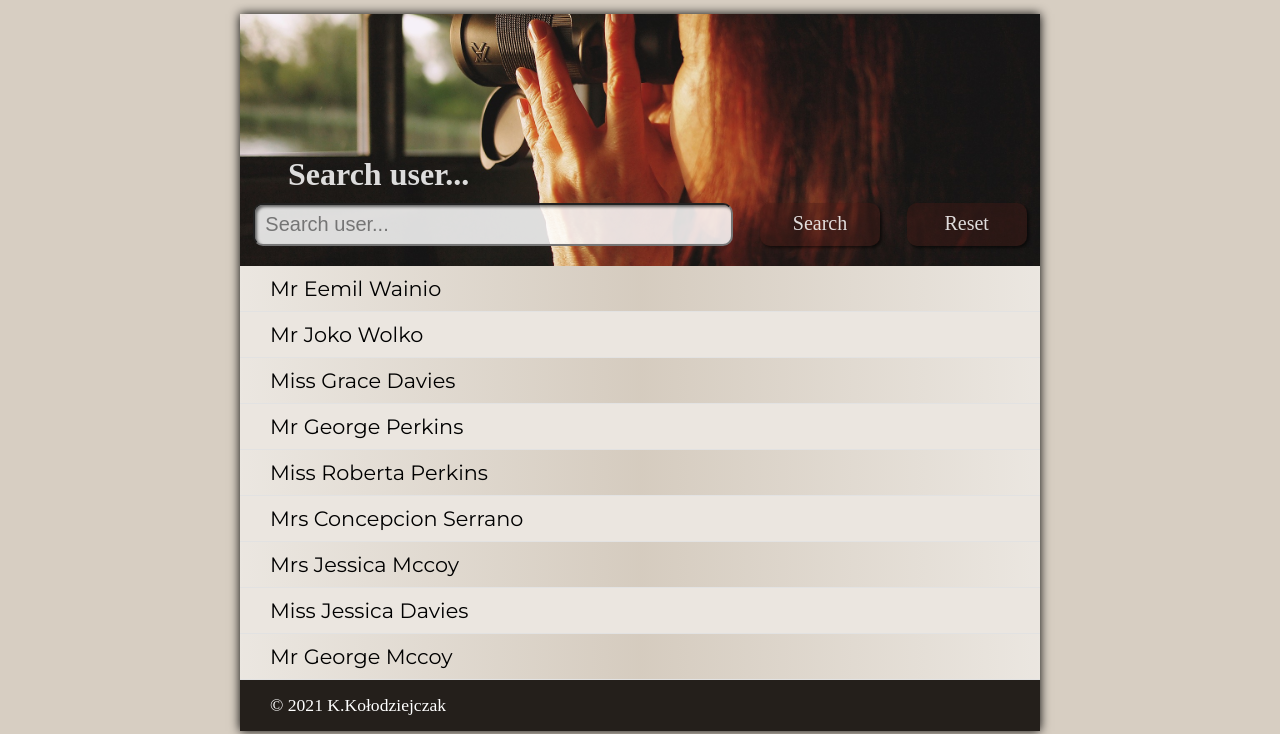
Repository: KrzysKolo/sr_tydzien5_zad4
Page: /
The author's editor kept a copy of each file at every save. The page is drawn from the files as they stood at one save, then again after the next save.
The browser window is 1280 px wide. The pictures show the whole page.
Some web fonts or font styles are not loaded; a fallback is used. The project was rebuilt for these pictures with package versions that can differ from the ones it lists, and the page was loaded fresh each time.

Above is the page before, as saved 2021-01-07 04:14:28.

### public/index.html
<!DOCTYPE html>
<html lang="en">
  <head>
    <meta charset="utf-8" />
    <link rel="icon" href="%PUBLIC_URL%/favicon.ico" />
    <meta name="viewport" content="width=device-width, initial-scale=1" />
    <meta name="theme-color" content="#000000" />
    <meta
      name="description"
      content="Web site created using create-react-app"
    />
    <link rel="apple-touch-icon" href="%PUBLIC_URL%/logo192.png" />
    <!--
      manifest.json provides metadata used when your web app is installed on a
      user's mobile device or desktop. See https://developers.google.com/web/fundamentals/web-app-manifest/
    -->
    <link rel="manifest" href="%PUBLIC_URL%/manifest.json" />
    <!--
      Notice the use of %PUBLIC_URL% in the tags above.
      It will be replaced with the URL of the `public` folder during the build.
      Only files inside the `public` folder can be referenced from the HTML.

      Unlike "/favicon.ico" or "favicon.ico", "%PUBLIC_URL%/favicon.ico" will
      work correctly both with client-side routing and a non-root public URL.
      Learn how to configure a non-root public URL by running `npm run build`.
    -->
    <link rel="preconnect" href="https://fonts.gstatic.com">
<link href="https://fonts.googleapis.com/css2?family=Finger+Paint&family=Montserrat&family=Over+the+Rainbow&family=Peralta&display=swap" rel="stylesheet">
    <title>User search</title>
  </head>
  <body>
    <noscript>You need to enable JavaScript to run this app.</noscript>
    <div id="root"></div>
    <!--
      This HTML file is a template.
      If you open it directly in the browser, you will see an empty page.

      You can add webfonts, meta tags, or analytics to this file.
      The build step will place the bundled scripts into the <body> tag.

      To begin the development, run `npm start` or `yarn start`.
      To create a production bundle, use `npm run build` or `yarn build`.
    -->
  </body>
</html>

### src/App.js
import React from 'react';
import UsersContainer from './components/UsersContainer';
import UserContextProvider from './contexts/UserContext';
import './App.css';


const App = () => {

  return (
    <UserContextProvider>
      <UsersContainer/>
    </UserContextProvider>
  )
}

export default App;

### src/components/UsersContainer.js
import React, { useContext } from 'react';
import { UserContext } from './../contexts/UserContext';
import UserList from './userComponents/UserList';
import { Header, Error, Footer } from './userContainerComponents/';

const UsersContainer = () => {
  const { isErr } = useContext(UserContext);
  return (
    <section>
      <Header />
      { isErr && <Error props={isErr}/>}
      <UserList />
      <Footer />
    </section>
  )
}

export default UsersContainer;

### src/contexts/UserContext.js
import React, { createContext, useState, useEffect } from 'react';

export const UserContext = createContext();

const UserContextProvider = (props) => {

  const UsersAPI = '/users.json';
	const [users, setUsers ] = useState([]);
	const [isLoading, setIsLoading] = useState(true);
	const [isErr, setIsErr] = useState(false);

	useEffect(() => {
    getUsers();
  }, []);

  const getUsers = () => {
    let timer = setTimeout(() => {
      fetch(UsersAPI)
      .then(res => {
        if (res.ok) {
        return res;
        }
        throw Error(res.status);
        })
      .then(res => res.json())
      .then(data => {
        console.log(data.users);
        setUsers(data.users);
        setIsLoading(false);
        clearTimeout(timer);
      })
      .catch(error => setIsErr(`The problem is with: ${error}`));
    }, 500);
	};
	return (
		<UserContext.Provider value= {{users, isLoading, setIsErr, isErr}} >
			{ props.children }
		</UserContext.Provider>
	)

}
export default UserContextProvider;

### src/App.css
* {
  box-sizing: border-box;
  padding: 0;
  margin: 0;
}
body {
  height: 100vh;
  width: 100vw;
  background-color: rgba(206, 194, 179, 0.8);
}
section {
  margin: 2vh auto;
  width: 70%;
  max-width: 800px;
  display: flex;
  flex-direction: column;
  box-shadow: 0 0 10px #000;
}
.header__section {
  height: 35vh;
  background-image: url("./images/girl.jpg");
  background-position: center;
  background-size: cover;
  display: flex;
  flex-direction: column;
  justify-content: flex-end;
}
.header__title {
  font-size: 2rem;
  font-family: "Peralta", cursive;
  margin: 0 auto 10px 3rem;
  color: rgba(255, 255, 255, 0.85);
}
.header__search-wrapper {
  width: 100%;
  margin-bottom: 20px;
  display: flex;
  justify-content: space-around;
}
.header__search {
  padding: 8px 10px;
  width: 60%;
  border-radius: 10px;
  background-color: rgba(255, 255, 255, 0.85);
  box-shadow: inset 2px 2px 3px 0px rgba(0, 0, 0, 0.55);
  font-size: 20px;
}
.header__search-btn {
  background: rgba(71, 26, 20, 0.4);
  color: rgba(255, 255, 255, 0.85);
  width: 15%;
  border-radius: 10px;
  box-shadow: 2px 2px 3px 0px rgba(0, 0, 0, 0.55);
  font-size: 20px;
  text-align: center;
  line-height: 40px;
  transition: 0.2s all ease;
  cursor: pointer;
}
.header__search-btn:hover {
  background: rgba(65, 28, 24, 1);
}
.user {
  font-size: 1.3rem;
  font-family: "Montserrat", sans-serif;
  padding: 10px 30px;
  list-style: none;
  border-bottom: 1px solid rgb(226, 226, 226);
  background-color: rgba(255, 255, 255, 0.5);
}
.user:nth-child(odd) {
  background: linear-gradient(
    90deg,
    rgba(255, 255, 255, 0.5) 0%,
    rgba(206, 194, 179, 0.2) 50%,
    rgba(255, 255, 255, 0.5) 100%
  );
}
.footer__wrapper {
  background-color: rgb(36, 31, 27);
  color: white;
  font-size: 1.1rem;
  padding: 10px 30px;
  width: 100%;
  height: 7vh;
  display: flex;
  align-items: center;
}
.error {
  color: rgb(195, 1, 4);
  padding: 10px;
  text-align: center;
  font-size: 1.2rem;
}

### src/components/userComponents/UserList.js
import React, { useContext } from 'react';
import { UserContext } from './../../contexts/UserContext';
import UserDetails from './UserDetails';
import Loading from './../userContainerComponents/Loading';

const UserList = () => {
  const { users, isLoading } = useContext(UserContext);
  const user = users.map(user => {
        return <UserDetails key={user.id} user={user} />
    })
  return isLoading ? <Loading /> :(
    <ul>
      {user}
    </ul>
  )
}

export default UserList;

### src/components/userContainerComponents/index.js
export { default as Footer } from './Footer';
export { default as Header } from './Header';
export { default as Error } from './Error';
export { default as Loading } from './Loading';

### src/components/userComponents/UserDetails.js
import React from 'react';

const UserDetails = ({ user }) => {
  return (
		<li className="user">
			{user.title} {user.firstname} {user.lastname}
    </li>
    )
}

export default UserDetails;

### src/components/userContainerComponents/Loading.js
import React from 'react';
import spinner from './../../images/spinner.gif'
const Loading = () => {
    return (
        <img src={spinner} style={{width: 200, margin: 'auto', display: 'block'}} alt="Loading"/>
     );
}

export default Loading;

### src/components/userContainerComponents/Footer.js
import React from 'react';

const Footer = () => {
    return (
        <div className="footer__wrapper">
           © 2021 K.Kołodziejczak
        </div>
    )
}

export default Footer;

### src/components/userContainerComponents/Header.js
import React from 'react';
import { UserFormSearch } from './../searchComponents/';

const Header = () => {

   return (
    <div className="header__section">
      <h1 className="header__title">Search user...</h1>
      <UserFormSearch />
    </div>
    )
}

export default Header;

### src/components/searchComponents/index.js
export { default as UserFormSearch } from './UserFormSearch';

### src/components/searchComponents/UserFormSearch.js
import React, {useContext, useState} from 'react';
import { UserContext } from './../../contexts/UserContext';
import { Button, Input } from './../formComponents/';

const UserFormSearch = () => {

	const { setIsErr } = useContext(UserContext);
	const [searchValue, setSearchValue] = useState("");

	const handleChange = (e) => {
		const value = e.target.value.toLowerCase();
		setSearchValue(value);
		console.log(value);
		};

	const handleSubmit = (e) => {
		e.preventDefault();
		if (searchValue === "") {
			setIsErr("Enter your first or last name!")
		} else {
      setIsErr('');
      console.log(`send ${searchValue}`);
    };
	};

	const handleReset = () => {
		/* resetUsers(); */
		console.log("reset");
		setSearchValue('');
		setIsErr('');
  };

  return (

  	<form className="header__search-wrapper" onSubmit={handleSubmit}>
      <Input type="text" value={searchValue} onChange={handleChange} require  />
      <Button values="Search" onClick={handleSubmit} />
      <Button values="Reset" onClick={handleReset} />
    </form>
  )
}

export default UserFormSearch;

### src/components/formComponents/index.js
export { default as Button} from './Button';
export { default as Input } from './Input';

### src/components/formComponents/Button.js
import React from 'react';

const Button = ({ values, onClick }) => {
    return (
        <div className="header__search-btn" onClick={onClick}>
            {values}
        </div>
    )
}

export default Button;

### src/components/formComponents/Input.js
import React from 'react';

const Input = ({ type, searchValue, onChange }) => {
    return (
        <>
          <input className="header__search" type={type} value={searchValue} onChange={onChange} placeholder="Search user..." />
        </>
    )
}

export default Input;

### public/users.json
{
    "users": [
      {
        "id": 1,
        "title": "Mr",
        "firstname": "Eemil",
        "lastname": "Wainio"
       },
      {
        "id": 2,
        "title": "Mr",
        "firstname": "Joko",
        "lastname": "Wolko"
      },
      {
        "id": 3,
        "title": "Miss",
        "firstname": "Grace",
        "lastname": "Davies"
      },
      {
        "id": 4,
        "title": "Mr ",
        "firstname": "George ",
        "lastname": "Perkins"
      },
      {
        "id": 5,
        "title": "Miss",
        "firstname": "Roberta ",
        "lastname": "Perkins"
      },
      {
        "id": 6,
        "title": "Mrs ",
        "firstname": "Concepcion ",
        "lastname": "Serrano"
      },
      {
        "id": 7,
        "title": "Mrs ",
        "firstname": "Jessica ",
        "lastname": "Mccoy"
      },
      {
        "id": 8,
        "title": "Miss",
        "firstname": "Jessica",
        "lastname": "Davies"
      },
      {
        "id": 9,
        "title": "Mr",
        "firstname": "George",
        "lastname": "Mccoy"
      }
    ]
  }

### src/components/userContainerComponents/Error.js
import React from 'react';
const Error = ({ props }) => {
    return (
            <p className="error">{props}</p>
     );
}

export default Error;

Loaded but not shown: src/index.js (common file)

After the next save:
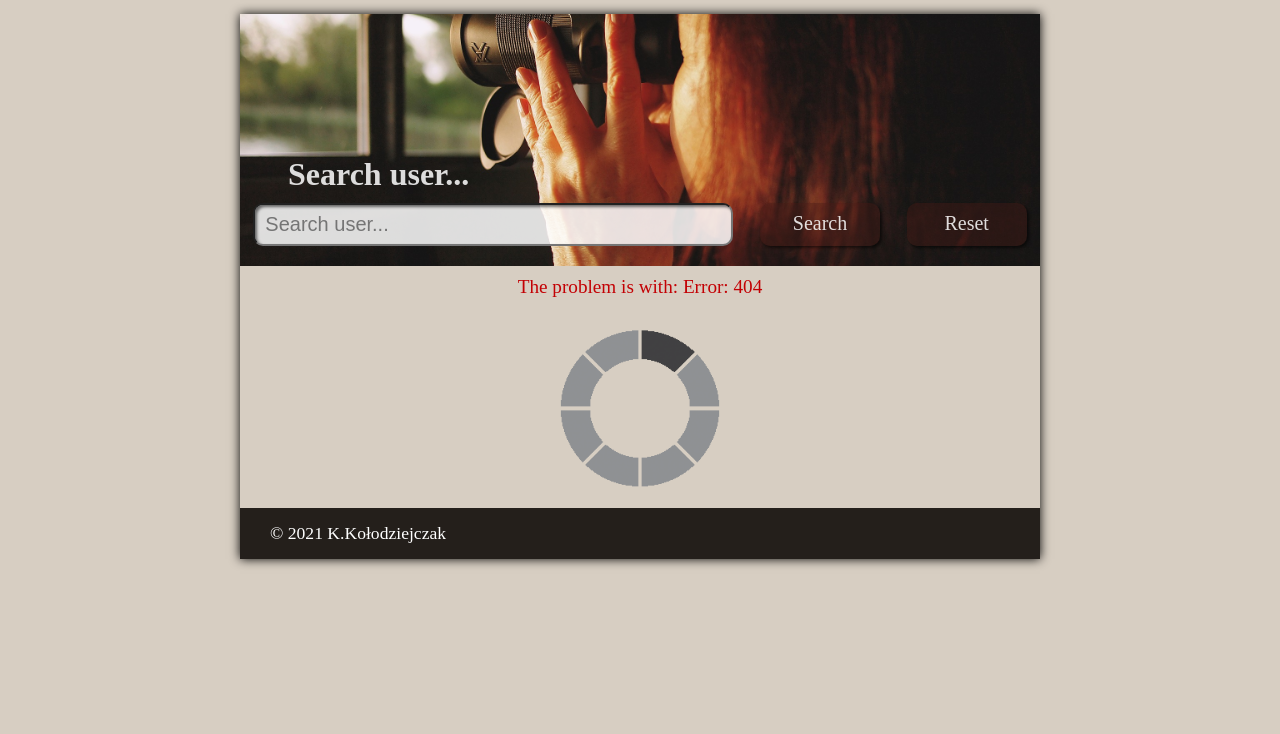
Not found: m/users.json
Saved 98 s later.
--- a/src/contexts/UserContext.js
+++ b/src/contexts/UserContext.js
@@ -4,7 +4,7 @@
 
 const UserContextProvider = (props) => {
 
-  const UsersAPI = '/users.json';
+  const UsersAPI = 'm/users.json';
 	const [users, setUsers ] = useState([]);
 	const [isLoading, setIsLoading] = useState(true);
 	const [isErr, setIsErr] = useState(false);

After the save that followed:
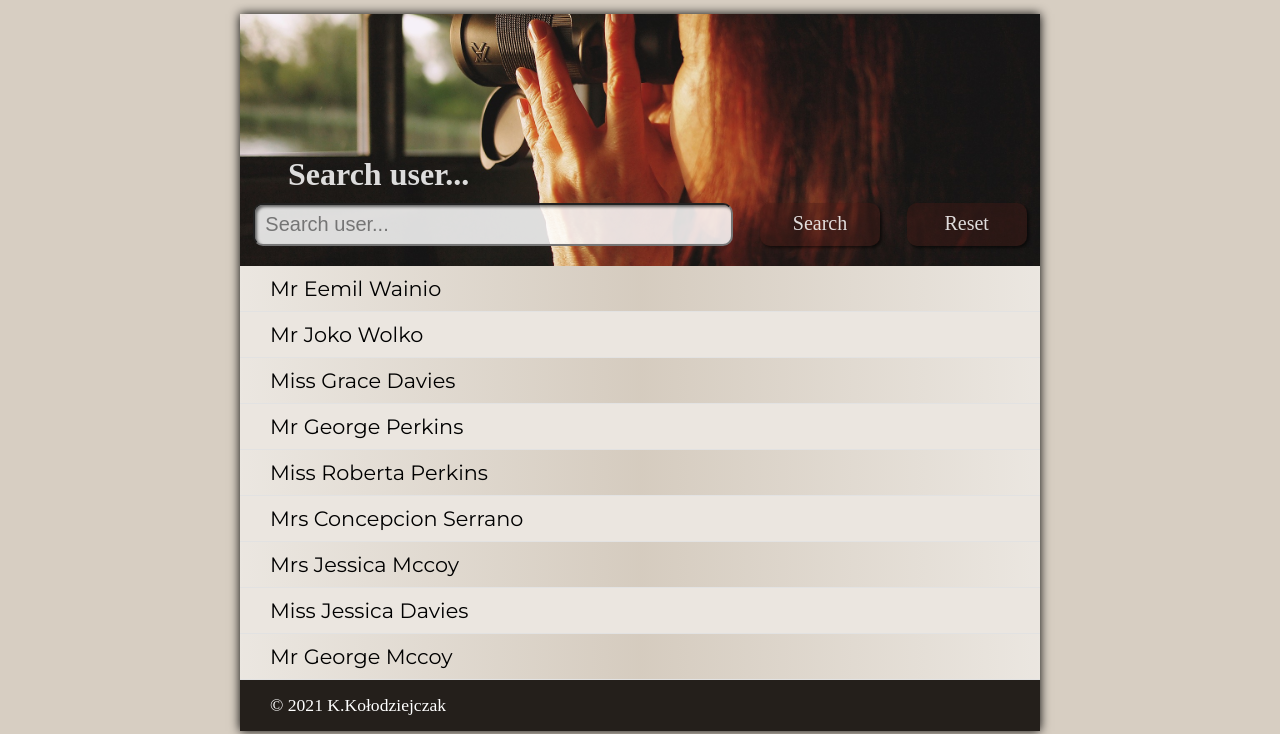
Saved 26 s later.
--- a/src/contexts/UserContext.js
+++ b/src/contexts/UserContext.js
@@ -4,7 +4,7 @@
 
 const UserContextProvider = (props) => {
 
-  const UsersAPI = 'm/users.json';
+  const UsersAPI = '/users.json';
 	const [users, setUsers ] = useState([]);
 	const [isLoading, setIsLoading] = useState(true);
 	const [isErr, setIsErr] = useState(false);
